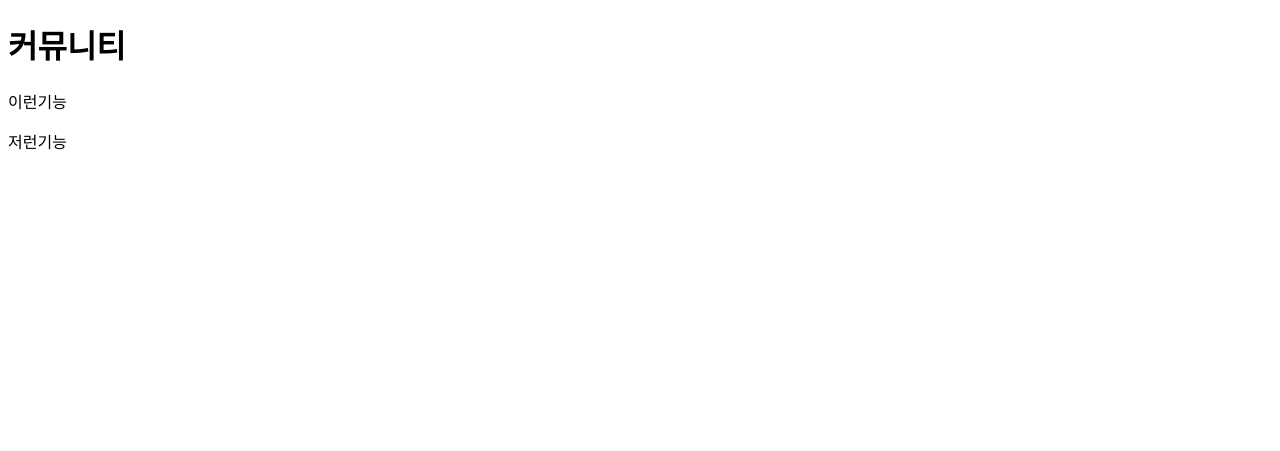
Repository: camicomi/Study_Server
Page: http://localhost/JSPTest/ex04.jsp
An editor plug-in stored every save of this project. The page is shown before and after the next save, followed by the edit.
The browser window is 1280 px wide. The pictures show the whole page.
The page is served by Tomcat 9.

Above is the page before, as saved 2024-04-01 06:20:45.

After the next save:
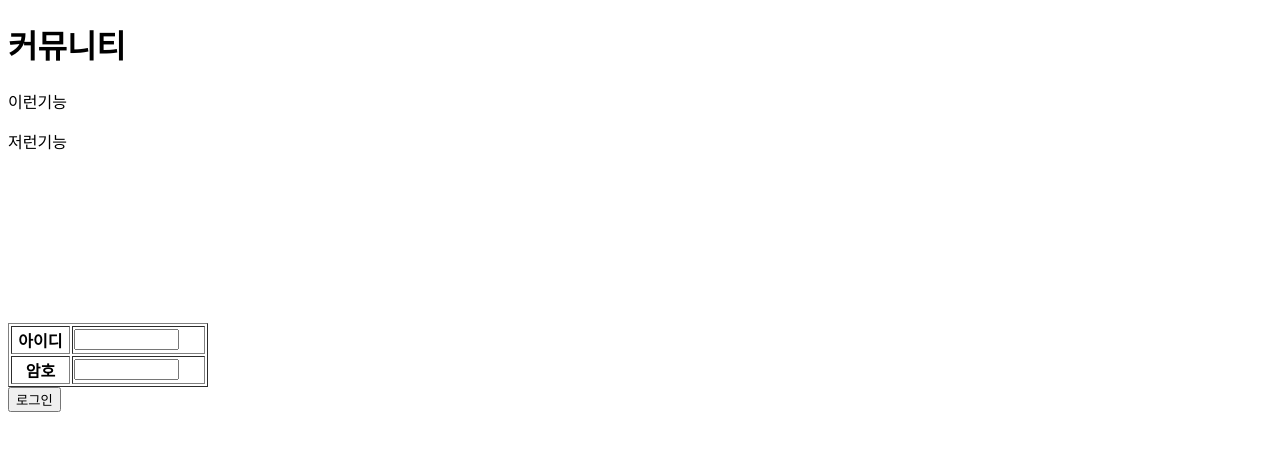
Saved 46 s later.
--- a/JSPTest/src/main/webapp/ex04.jsp
+++ b/JSPTest/src/main/webapp/ex04.jsp
@@ -23,6 +23,8 @@
 
 	 <iframe scr="login.jsp" frameborder="0"></iframe>
 
+	 <%@ include file="login.jsp" %>
+
 
 
 </body>
